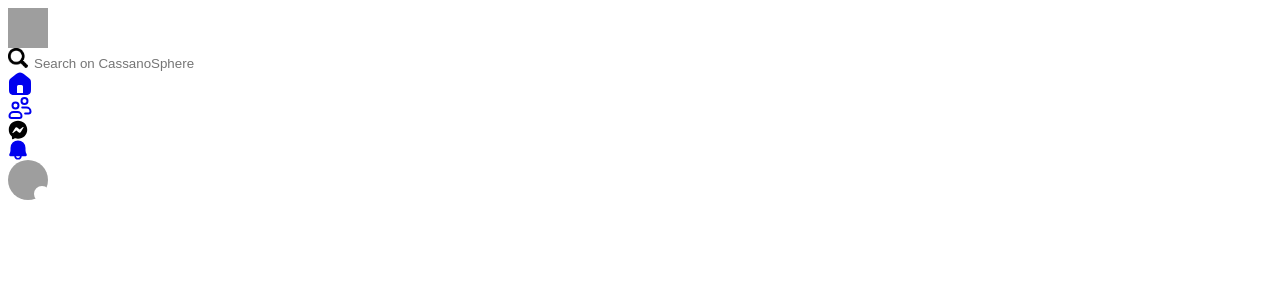
Repository: oafnghh/CassanoSphere
Page: http://localhost/CassanoSphere/www/home/includes/navBar.jsp
An editor plug-in stored every save of this project. The page is shown before and after the next save, followed by the edit.
The browser window is 1280 px wide. The pictures show the whole page.
Pictures or frames that could not be fetched are drawn as grey boxes. The page is served by Tomcat 9. Other server files are loaded and not shown.

Above is the page before, as saved 2024-07-15 10:11:28.

### CassanoSphere/webapp/www/home/includes/navBar.jsp
<div
	class="flex items-center justify-between bg-white dark:bg-zinc-800 p-2 shadow-md">
	<div class="flex items-center space-x-4">
		<img
			src="https://t4.ftcdn.net/jpg/03/87/77/85/360_F_387778557_9gy5UJQQ2pgmRM9bvUfLf3Q6T6Uj4kN4.jpg"
			style="width: 40px; height: 40px" class="rounded-full" />
		<div
			class="flex items-center bg-zinc-100 dark:bg-zinc-700 rounded-full px-3 py-1">
			<img style="width: 20px; height: 20px"
				src="data:[embedded picture, 3782 characters]"
				alt="Search icon" class="mr-2" /> <input type="text"
				placeholder="Search on CassanoSphere" style="border: none"
				class="bg-transparent text-muted-foreground ml-2 outline-none" />
		</div>
	</div>

	<div class="flex items-center space-x-6">
		<a aria-label="Trang chủ"
			class="x1i10hfl xjbqb8w x1ejq31n xd10rxx x1sy0etr x17r0tee x972fbf xcfux6l x1qhh985 xm0m39n x9f619 x1ypdohk xe8uvvx xdj266r x11i5rnm xat24cr x1mh8g0r xexx8yu x4uap5 x18d9i69 xkhd6sd x16tdsg8 x1hl2dhg xggy1nq x1o1ewxj x3x9cwd x1e5q0jg x13rtm0m x87ps6o x1lku1pv x1a2a7pz x6s0dn4 x78zum5 xdt5ytf x5yr21d xl56j7k x1n2onr6 xh8yej3"
			href="/" role="link" tabindex="0" previewlistener="true"
			aria-current="page"><span class="x1n2onr6"><svg
					viewBox="0 0 24 24" width="24" height="24" fill="currentColor"
					class="x19dipnz x1lliihq x1tzjh5l x1k90msu x2h7rmj x1qfuztq"
					style="-color: var(- -primary-button-background);">
					<path
						d="M9.464 1.286C10.294.803 11.092.5 12 .5c.908 0 1.707.303 2.537.786.795.462 1.7 1.142 2.815 1.977l2.232 1.675c1.391 1.042 2.359 1.766 2.888 2.826.53 1.059.53 2.268.528 4.006v4.3c0 1.355 0 2.471-.119 3.355-.124.928-.396 1.747-1.052 2.403-.657.657-1.476.928-2.404 1.053-.884.119-2 .119-3.354.119H7.93c-1.354 0-2.471 0-3.355-.119-.928-.125-1.747-.396-2.403-1.053-.656-.656-.928-1.475-1.053-2.403C1 18.541 1 17.425 1 16.07v-4.3c0-1.738-.002-2.947.528-4.006.53-1.06 1.497-1.784 2.888-2.826L6.65 3.263c1.114-.835 2.02-1.515 2.815-1.977zM10.5 13A1.5 1.5 0 0 0 9 14.5V21h6v-6.5a1.5 1.5 0 0 0-1.5-1.5h-3z"></path></svg><span
				class="x10l6tqk x11f4b5y x1v4kod4"><div
						data-visualcompletion="ignore"></div></span></span></a> <a aria-label="Bạn bè"
			class="x1i10hfl xjbqb8w x1ejq31n xd10rxx x1sy0etr x17r0tee x972fbf xcfux6l x1qhh985 xm0m39n x9f619 x1ypdohk xe8uvvx xdj266r x11i5rnm xat24cr x1mh8g0r xexx8yu x4uap5 x18d9i69 xkhd6sd x16tdsg8 x1hl2dhg xggy1nq x1o1ewxj x3x9cwd x1e5q0jg x13rtm0m x87ps6o x1lku1pv x1a2a7pz x6s0dn4 x78zum5 xdt5ytf x5yr21d xl56j7k x1n2onr6 xh8yej3"
			href="/friends/" role="link" tabindex="0" previewlistener="true"><span
			class="x1n2onr6"> <!--$--> <svg viewBox="0 0 24 24" width="24"
					height="24" fill="currentColor"
					class="x19dipnz x1lliihq x1tzjh5l x1k90msu x2h7rmj x1qfuztq"
					style="-color: var(- -secondary-icon);">
					<path
						d="M12.496 5a4 4 0 1 1 8 0 4 4 0 0 1-8 0zm4-2a2 2 0 1 0 0 4 2 2 0 0 0 0-4zm-9 2.5a4 4 0 1 0 0 8 4 4 0 0 0 0-8zm-2 4a2 2 0 1 1 4 0 2 2 0 0 1-4 0zM5.5 15a5 5 0 0 0-5 5 3 3 0 0 0 3 3h8.006a3 3 0 0 0 3-3 5 5 0 0 0-5-5H5.5zm-3 5a3 3 0 0 1 3-3h4.006a3 3 0 0 1 3 3 1 1 0 0 1-1 1H3.5a1 1 0 0 1-1-1zm12-9.5a5.04 5.04 0 0 0-.37.014 1 1 0 0 0 .146 1.994c.074-.005.149-.008.224-.008h4.006a3 3 0 0 1 3 3 1 1 0 0 1-1 1h-3.398a1 1 0 1 0 0 2h3.398a3 3 0 0 0 3-3 5 5 0 0 0-5-5H14.5z"></path></svg><span
				class="x10l6tqk x11f4b5y x1v4kod4"></span> <!--/$-->
		</span>
			<div
				class="x1ey2m1c xds687c x17qophe xg01cxk x47corl x10l6tqk x13vifvy x1ebt8du x19991ni x1dhq9h x1o1ewxj x3x9cwd x1e5q0jg x13rtm0m"
				role="none" data-visualcompletion="ignore"
				style="border-radius: 8px; inset: 4px 0px;"></div></a>
	</div>

	<div class="flex items-center space-x-4">
		<div aria-label="Messenger"
			class="x1i10hfl x1ejq31n xd10rxx x1sy0etr x17r0tee x1ypdohk xe8uvvx xdj266r x11i5rnm xat24cr x1mh8g0r x16tdsg8 x1hl2dhg xggy1nq x87ps6o x1lku1pv x1a2a7pz x6s0dn4 xzolkzo x12go9s9 x1rnf11y xprq8jg x972fbf xcfux6l x1qhh985 xm0m39n x9f619 x78zum5 xl56j7k xexx8yu x4uap5 x18d9i69 xkhd6sd x1n2onr6 x1vqgdyp x100vrsf x1qhmfi1"
			role="button" tabindex="0" style="">
			<svg viewBox="0 0 12 13" width="20" height="20" fill="currentColor"
				class="x19dipnz x1lliihq x1tzjh5l x1k90msu x2h7rmj x1qfuztq"
				style="-color: var(- -primary-icon);">
				<g fill-rule="evenodd" transform="translate(-450 -1073)">
				<path
					d="m459.603 1077.948-1.762 2.851a.89.89 0 0 1-1.302.245l-1.402-1.072a.354.354 0 0 0-.433.001l-1.893 1.465c-.253.196-.583-.112-.414-.386l1.763-2.851a.89.89 0 0 1 1.301-.245l1.402 1.072a.354.354 0 0 0 .434-.001l1.893-1.465c.253-.196.582.112.413.386M456 1073.5c-3.38 0-6 2.476-6 5.82 0 1.75.717 3.26 1.884 4.305.099.087.158.21.162.342l.032 1.067a.48.48 0 0 0 .674.425l1.191-.526a.473.473 0 0 1 .32-.024c.548.151 1.13.231 1.737.231 3.38 0 6-2.476 6-5.82 0-3.344-2.62-5.82-6-5.82"></path></g></svg>
			<div
				class="x1ey2m1c xds687c x17qophe xg01cxk x47corl x10l6tqk x13vifvy x1ebt8du x19991ni x1dhq9h xzolkzo x12go9s9 x1rnf11y xprq8jg"
				role="none" data-visualcompletion="ignore" style="inset: 0px;"></div>
		</div>
		<div class="x9f619 x1n2onr6 x1ja2u2z">
			<a aria-label="Thông báo"
				class="x1i10hfl x1ejq31n xd10rxx x1sy0etr x17r0tee x1ypdohk xe8uvvx xdj266r x11i5rnm xat24cr x1mh8g0r x16tdsg8 x1hl2dhg xggy1nq x87ps6o x1lku1pv x1a2a7pz x6s0dn4 xzolkzo x12go9s9 x1rnf11y xprq8jg x972fbf xcfux6l x1qhh985 xm0m39n x9f619 x78zum5 xl56j7k xexx8yu x4uap5 x18d9i69 xkhd6sd x1n2onr6 x1vqgdyp x100vrsf x1qhmfi1"
				href="/notifications/" role="link" tabindex="0"
				previewlistener="true" style=""><svg viewBox="0 0 24 24"
					width="20" height="20" fill="currentColor"
					class="x19dipnz x1lliihq x1tzjh5l x1k90msu x2h7rmj x1qfuztq"
					style="-color: var(- -primary-icon);">
					<path
						d="M3 9.5a9 9 0 1 1 18 0v2.927c0 1.69.475 3.345 1.37 4.778a1.5 1.5 0 0 1-1.272 2.295h-4.625a4.5 4.5 0 0 1-8.946 0H2.902a1.5 1.5 0 0 1-1.272-2.295A9.01 9.01 0 0 0 3 12.43V9.5zm6.55 10a2.5 2.5 0 0 0 4.9 0h-4.9z"></path></svg>
				<div
					class="x1ey2m1c xds687c x17qophe xg01cxk x47corl x10l6tqk x13vifvy x1ebt8du x19991ni x1dhq9h xzolkzo x12go9s9 x1rnf11y xprq8jg"
					role="none" data-visualcompletion="ignore" style="inset: 0px;"></div></a>
			<!--$-->
			<div aria-hidden="true" aria-label="Thông báo"
				class="x1i10hfl x1qjc9v5 xjbqb8w xjqpnuy xa49m3k xqeqjp1 x2hbi6w x13fuv20 xu3j5b3 x1q0q8m5 x26u7qi x972fbf xcfux6l x1qhh985 xm0m39n x9f619 x1ypdohk xdl72j9 x2lah0s xe8uvvx xdj266r x11i5rnm xat24cr x1mh8g0r x2lwn1j xeuugli xexx8yu x4uap5 x18d9i69 xkhd6sd x16tdsg8 x1hl2dhg xggy1nq x1t137rt x1o1ewxj x3x9cwd x1e5q0jg x13rtm0m x3nfvp2 x1q0g3np x87ps6o x1lku1pv x1a2a7pz x10l6tqk x1vjfegm x8zc4e7 xtu2xtp"
				role="button" tabindex="-1">
				<!--$-->
				<!--/$-->
				<div
					class="x1ey2m1c xds687c x17qophe xg01cxk x47corl x10l6tqk x13vifvy x1ebt8du x19991ni x1dhq9h xzolkzo x12go9s9 x1rnf11y xprq8jg"
					role="none" data-visualcompletion="ignore"></div>
			</div>
			<!--/$-->
		</div>
		<div class="x1rg5ohu x1n2onr6 x3ajldb x1ja2u2z">
			<svg aria-label="Trang cá nhân của bạn" class="x3ajldb"
				data-visualcompletion="ignore-dynamic" role="img"
				style="height: 40px; width: 40px">
				<mask id=":R3arcdad5qq9papd5aq:">
				<circle cx="20" cy="20" fill="white" r="20"></circle>
				<circle cx="34" cy="34" data-visualcompletion="ignore" fill="black"
					r="8"></circle></mask>
				<g mask="url(#:R3arcdad5qq9papd5aq:)">
				<image style="height:40px;width:40px" x="0" y="0" height="100%"
					preserveAspectRatio="xMidYMid slice" width="100%"
					xlink:href="https://scontent.fdad1-1.fna.fbcdn.net/v/t1.30497-1/143086968_2856368904622192_1959732218791162458_n.png?stp=cp0_dst-png_p40x40&amp;_nc_cat=1&amp;ccb=1-7&amp;_nc_sid=136b72&amp;_nc_eui2=AeFLP6jCsUru6VbhuODeu7BQso2H55p0AlGyjYfnmnQCURNQnTWOiHupy-mt504U4i6kgJ8fGXGVOVKt8zwAs5lq&amp;_nc_ohc=qj3fwGIe_3cQ7kNvgF2ztif&amp;_nc_ht=scontent.fdad1-1.fna&amp;oh=00_AYA1IcsQJRy8Jw1g5MUupb8F9z4Q9kOY9SdPvhhYHk_kLg&amp;oe=66BC1CB8"></image>
			</g></svg>
		</div>
	</div>
</div>

After the next save:
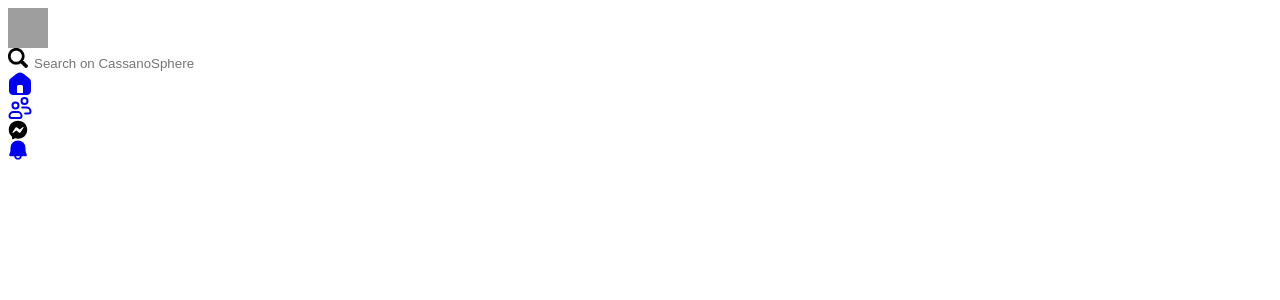
Saved 17 s later.
--- a/CassanoSphere/webapp/www/home/includes/navBar.jsp
+++ b/CassanoSphere/webapp/www/home/includes/navBar.jsp
@@ -86,7 +86,6 @@
 				data-visualcompletion="ignore-dynamic" role="img"
 				style="height: 40px; width: 40px">
 				<mask id=":R3arcdad5qq9papd5aq:">
-				<circle cx="20" cy="20" fill="white" r="20"></circle>
 				<circle cx="34" cy="34" data-visualcompletion="ignore" fill="black"
 					r="8"></circle></mask>
 				<g mask="url(#:R3arcdad5qq9papd5aq:)">

After the save that followed:
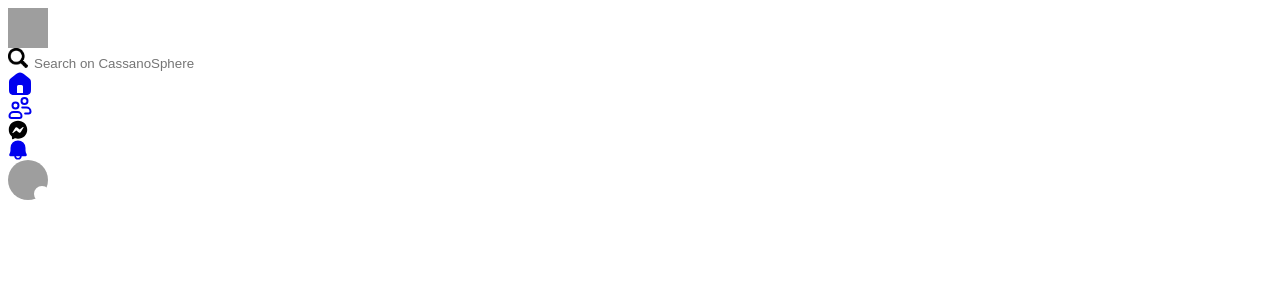
Saved 4 s later.
--- a/CassanoSphere/webapp/www/home/includes/navBar.jsp
+++ b/CassanoSphere/webapp/www/home/includes/navBar.jsp
@@ -86,6 +86,7 @@
 				data-visualcompletion="ignore-dynamic" role="img"
 				style="height: 40px; width: 40px">
 				<mask id=":R3arcdad5qq9papd5aq:">
+				<circle cx="20" cy="20" fill="white" r="20"></circle>
 				<circle cx="34" cy="34" data-visualcompletion="ignore" fill="black"
 					r="8"></circle></mask>
 				<g mask="url(#:R3arcdad5qq9papd5aq:)">
